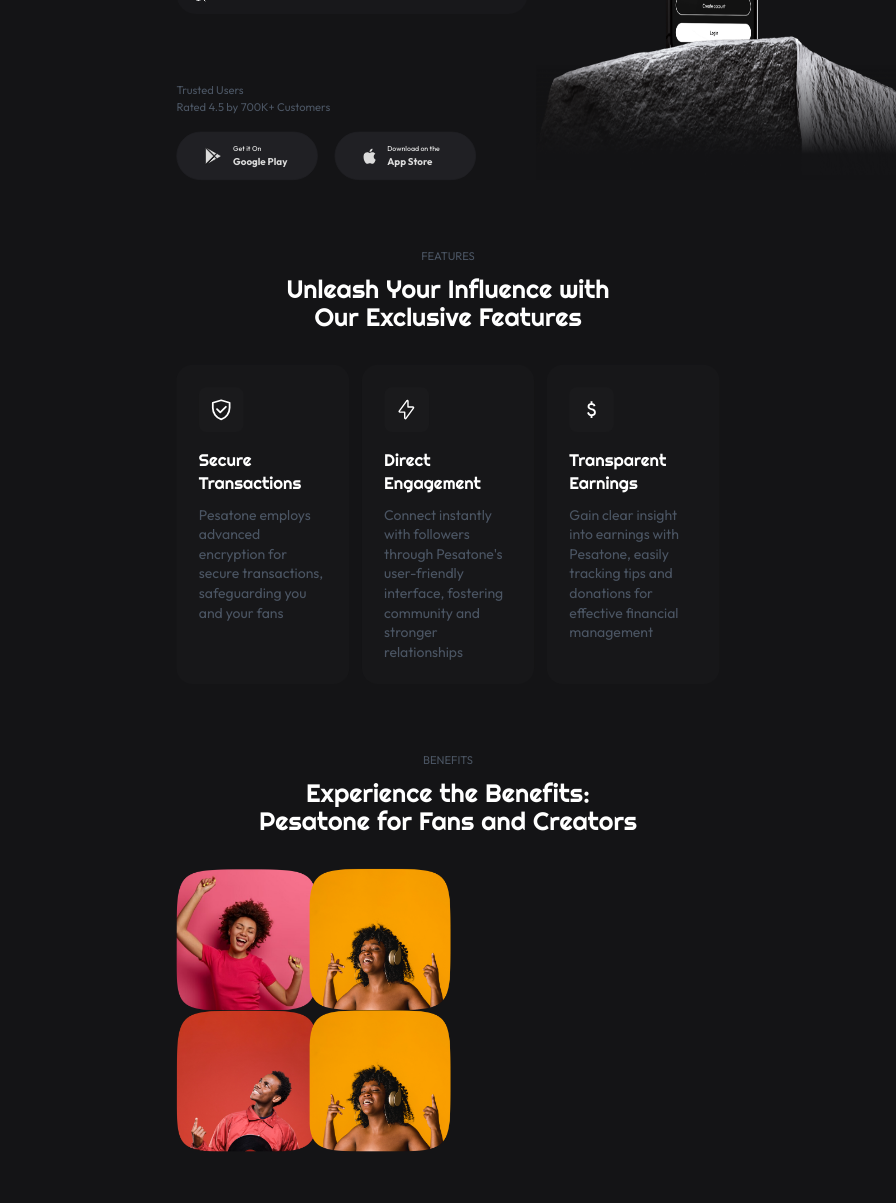
Repository: felixdusengimana/capstone-project-mirror
Page: / (app in frontend/)
An editor plug-in stored every save of this project. The page is shown before and after the next save, followed by the edit.
The browser window is 1280 px wide. The pictures show the part of the page from y = 683 to 2603 px (the page is 2401 px tall before and 2603 px after), at 70% of full size.
The project was rebuilt for these pictures with package versions that can differ from the ones it lists, and the page was loaded fresh each time. The framework's server and built-in components were replaced by stand-ins that run in the browser. Also part of the build but not shown: frontend/next.config.mjs.

Above is the page before, as saved 2024-03-11 15:12:28.

### frontend/app/layout.tsx
import type { Metadata } from "next";
import { Righteous, Outfit } from "next/font/google";
import "./globals.css";

const outfit = Outfit({ subsets: ["latin"], variable: "--font-outfit" });
const righteous = Righteous({
  subsets: ["latin"],
  variable: "--font-righteous",
  weight: "400",
});

export const metadata: Metadata = {
  title: "Pesatone - Search and gift your favorite creators",
  description:
    "A place where fans show gratitude to the African content creators they love!",
};

export default function RootLayout({
  children,
}: Readonly<{
  children: React.ReactNode;
}>) {
  return (
    <html lang="en">
      <body className={`${outfit.variable} ${righteous.variable} font-sans`}>
        {children}
      </body>
    </html>
  );
}

### frontend/app/page.tsx
import Avatar from "@/components/atoms/Avatar";
import Headline from "@/components/atoms/Headline";
import Card from "@/components/molecules/Card";
import Intro from "@/components/organisms/Intro";
import Navbar from "@/components/organisms/Navbar";
import Image from "next/image";
import React from "react";

export default function page() {
  return (
    <div className="py-[73px]">
      <Navbar />
      <Intro />
      <section className="mt-24 page-padding">
        <div className="max-w-[503px] mx-auto text-center">
          <h5 className="uppercase text-gray-600 mb-4">features</h5>
          <Headline className="text-4xl text-center">
            Unleash Your Influence with Our Exclusive Features
          </Headline>
        </div>
        <div className="grid grid-cols-3 gap-[18px] mt-12">
          <Card title="Secure Transactions" icon="secure">
            Pesatone employs advanced encryption for secure transactions,
            safeguarding you and your fans
          </Card>
          <Card title="Direct Engagement" icon="fast">
            Connect instantly with followers through Pesatone&apos;s
            user-friendly interface, fostering community and stronger
            relationships
          </Card>
          <Card title="Transparent Earnings" icon="dollar">
            Gain clear insight into earnings with Pesatone, easily tracking tips
            and donations for effective financial management
          </Card>
        </div>
      </section>

      <section className="mt-24 page-padding">
        <div className="max-w-[543px] mx-auto text-center">
          <h5 className="uppercase text-gray-600 mb-4">BENEFITS</h5>
          <Headline className="text-4xl text-center">
            Experience the Benefits: Pesatone for Fans and Creators
          </Headline>
        </div>
        <div className="grid grid-cols-2 gap-[18px] mt-12">
          <div className="grid grid-cols-2 w-fit">
            <Avatar
              alt="Profile 1"
              src="/profiles/profile1.png"
              size="2xl"
              circle={false}
            />
            <Avatar
              alt="Profile 2"
              src={"/profiles/profile4.png"}
              size="2xl"
              circle={false}
            />
            <Avatar
              alt="Profile 3"
              src={"/profiles/profile3.png"}
              size="2xl"
              circle={false}
            />
            <Avatar
              alt="Profile 4"
              src={"/profiles/profile4.png"}
              size="2xl"
              circle={false}
            />
          </div>
          <div></div>
        </div>
      </section>
    </div>
  );
}

### frontend/app/globals.css
@tailwind base;
@tailwind components;
@tailwind utilities;

:root {
  --bg: #141416;
  --bg-hover: #232326;
  --secondary-color: #17171A;
  --foreground-rgb: 0, 0, 0;
  --background-start-rgb: 214, 219, 220;
  --background-end-rgb: 255, 255, 255;
}

@media (prefers-color-scheme: dark) {
  :root {
    --foreground-rgb: 255, 255, 255;
    --background-start-rgb: 0, 0, 0;
    --background-end-rgb: 0, 0, 0;
  }
}

body {
  background: var(--bg);
  color: rgb(var(--foreground-rgb));
}

@layer utilities {
  .text-balance {
    text-wrap: balance;
  }
}

.page-padding {
  padding: 0 252px;
}

### frontend/components/atoms/Avatar.tsx
/* eslint-disable @next/next/no-img-element */
import { ComponentProps } from "react";
import Icon from "./Icon";

interface AvatarProps extends ComponentProps<"div"> {
  src: string;
  alt?: string;
  size?: "sm" | "md" | "lg" | "xl" | "2xl";
  circle?: boolean;
  bordered?: boolean;
  fallBackText?: string;
}
export default function Avatar({ ...props }: AvatarProps) {
  const {
    src,
    alt,
    size = "sm",
    circle = true,
    fallBackText,
    bordered,
    ...rest
  } = props;

  const sizeClasses = {
    sm: "w-10 h-10",
    md: "w-12 h-12",
    lg: "w-16 h-16",
    xl: "w-[150px] h-[150px]",
    "2xl": "w-[202px] h-[202px]",
  };

  return (
    <div
      {...rest}
      className={`${src ? "bg-transparent" : "bg-gray-100"} ${
        circle ? "rounded-full" : "rounded"
      } ${bordered ? "border-2 border-white" : ""} ${sizeClasses[size]} ${
        rest.className
      } flex items-center justify-center overflow-hidden`}
    >
      {src ? (
        <img
          src={src}
          alt={alt}
          className={`w-full ${sizeClasses[size]} object-cover`}
        />
      ) : fallBackText ? (
        fallBackText
      ) : (
        <Icon name="user" />
      )}
    </div>
  );
}

### frontend/components/atoms/Headline.tsx
import { ComponentProps } from "react";

interface HeadlineProps extends ComponentProps<"h1"> {}

export default function Headline({ ...props }: HeadlineProps) {
  return (
    <div className={`font-mono text-white ${props.className}`}>
      {props.children}
    </div>
  );
}

### frontend/components/molecules/Card.tsx
import { ComponentProps, ReactNode } from "react";
import Icon, { IconNames } from "../atoms/Icon";
import Headline from "../atoms/Headline";

interface CardProps extends ComponentProps<"div"> {
  icon?: IconNames;
  title: string;
}

export default function Card({ ...props }: CardProps) {
  const { icon, title, ...rest } = props;
  return (
    <div {...rest} className={`bg-[#171719] p-8 rounded-[23px]`}>
      {icon && (
        <div className="w-16 h-16 rounded-[11px] bg-[#1A1A1C] flex items-center justify-center">
          <Icon name={icon} />
        </div>
      )}
      <Headline className="text-2xl font-normal mt-6">{title}</Headline>
      <p className="text-gray-600 font-normal text-xl mt-4 max-w-[333px]">
        {props.children}
      </p>
    </div>
  );
}

### frontend/components/organisms/Intro.tsx
"use client";

import Headline from "@/components/atoms/Headline";
import Search from "@/components/molecules/Search";
import DownloadApp from "../molecules/DownloadApp";

export default function Intro() {
  return (
    <div className="grid grid-cols-2 pl-[252px]">
      <div className="mt-40">
        <Headline className="text-[64px] leading-[79.47px]">
          Search and gift your favorite creators
        </Headline>
        <p className="text-xl text-gray-600 max-w-[535px] mt-5">
          A place where fans show gratitude to the African content creators they
          love!
        </p>
        <Search className="max-w-[502px] mt-10" />

        <p className="text-gray-600 mt-24 text-base">
          Trusted Users <br />
          Rated 4.5 by 700K+ Customers
        </p>
        <div className="flex gap-6 mt-6">
          <DownloadApp os="android" />
          <DownloadApp os="ios" className="px-[42px]" />
        </div>
      </div>
      <div className="h-full w-full">
        {/* eslint-disable-next-line @next/next/no-img-element */}
        <img src="./home-bg.png" alt="" className="w-full h-full" />
      </div>
    </div>
  );
}

### frontend/components/organisms/Navbar.tsx
import Image from "next/image";
import Button from "../atoms/Button";
import Link from "next/link";

export default function Navbar() {
  return (
    <div className="page-padding flex justify-between items-center">
      <Link href={"/"} className="flex  items-center gap-2">
        <Image
          src="/logo-white.png"
          alt="PESATONElogo"
          width={40}
          height={40}
        />
        <p className="text-sm">ESATONE</p>
      </Link>
      <div className="flex items-center gap-6">
        <Link href={"/login"}>
          <Button variant="secondary" className="px-12">
            Login
          </Button>
        </Link>
        <Link href={"/join"}>
          <Button variant="white" className="font-semibold">
            Sign up free
          </Button>
        </Link>
      </div>
    </div>
  );
}

### frontend/components/atoms/Icon.tsx
import { ComponentProps } from "react";

// export icons names
export type IconNames =
  | "user"
  | "search"
  | "google-play"
  | "apple-store"
  | "secure"
  | "fast"
  | "dollar";
interface IconProps extends ComponentProps<"svg"> {
  name: IconNames;
}

function User({ ...props }) {
  return (
    <svg
      width="41"
      height="40"
      viewBox="0 0 41 40"
      fill="none"
      xmlns="http://www.w3.org/2000/svg"
      {...props}
    >
      <path
        d="M20.5 17.5C23.2614 17.5 25.5 15.2614 25.5 12.5C25.5 9.73858 23.2614 7.5 20.5 7.5C17.7386 7.5 15.5 9.73858 15.5 12.5C15.5 15.2614 17.7386 17.5 20.5 17.5Z"
        stroke="#4B5563"
        stroke-width="2.5"
        stroke-linecap="round"
        stroke-linejoin="round"
      />
      <path
        d="M33 34.1666C32.2083 18.6116 8.79167 18.6116 8 34.1666"
        stroke="#4B5563"
        stroke-width="2.5"
        stroke-linecap="round"
        stroke-linejoin="round"
      />
    </svg>
  );
}

function Search({ ...props }) {
  return (
    <svg
      width="25"
      height="24"
      viewBox="0 0 25 24"
      fill="none"
      xmlns="http://www.w3.org/2000/svg"
      {...props}
    >
      <path
        d="M12.25 21C17.4967 21 21.75 16.7467 21.75 11.5C21.75 6.25329 17.4967 2 12.25 2C7.00329 2 2.75 6.25329 2.75 11.5C2.75 16.7467 7.00329 21 12.25 21Z"
        stroke="white"
        stroke-width="1.5"
        stroke-linecap="round"
        stroke-linejoin="round"
      />
      <path
        d="M22.75 22L20.75 20"
        stroke="white"
        stroke-width="1.5"
        stroke-linecap="round"
        stroke-linejoin="round"
      />
    </svg>
  );
}

function GooglePlay({ ...props }) {
  return (
    <svg
      width="24"
      height="26"
      viewBox="0 0 24 26"
      fill="none"
      xmlns="http://www.w3.org/2000/svg"
      {...props}
    >
      <path
        d="M0.5 1.8021C0.5 1.51614 0.542639 1.28558 0.609847 1.10408L12.3649 12.8601L0.609492 24.6155C0.542481 24.4343 0.5 24.2041 0.5 23.9181V1.8021Z"
        fill="#DBDBDB"
        stroke="#141416"
      />
      <path
        d="M21.7947 13.8705L17.1402 16.5151L13.4871 12.8602L17.1401 9.20711L21.795 11.8518C22.4025 12.1971 22.5898 12.5815 22.5898 12.8607C22.5898 13.14 22.4024 13.5247 21.7947 13.8705Z"
        fill="#DBDBDB"
        stroke="#141416"
      />
      <path
        d="M12.9249 13.5672L1.28237 25.2107C1.53963 25.2489 1.87564 25.1875 2.29386 24.9504L12.9249 13.5672ZM12.9249 13.5672L16.3313 16.9736L2.29424 24.9502L12.9249 13.5672Z"
        fill="#DBDBDB"
        stroke="#141416"
      />
      <path
        d="M2.29386 0.770789L2.29389 0.770804L16.3314 8.74667L12.9258 12.1539L1.28212 0.510202C1.53951 0.471751 1.87563 0.533127 2.29386 0.770789Z"
        fill="#DBDBDB"
        stroke="#141416"
      />
    </svg>
  );
}

function AppleStore({ ...props }) {
  return (
    <svg
      width="18"
      height="22"
      viewBox="0 0 18 22"
      fill="none"
      xmlns="http://www.w3.org/2000/svg"
      {...props}
    >
      <path
        d="M14.8872 11.6924C14.9088 10.0114 15.8116 8.42082 17.2437 7.54036C16.3402 6.25004 14.827 5.43194 13.2526 5.38268C11.5733 5.20642 9.94537 6.38751 9.08966 6.38751C8.21739 6.38751 6.89989 5.40018 5.48116 5.42937C3.6319 5.48911 1.90794 6.5405 1.00824 8.15724C-0.925764 11.5057 0.516826 16.4267 2.36944 19.1333C3.29634 20.4587 4.37962 21.9391 5.79707 21.8866C7.18413 21.8291 7.70217 21.0021 9.37647 21.0021C11.0352 21.0021 11.5213 21.8866 12.9675 21.8532C14.4558 21.8291 15.3936 20.522 16.288 19.1841C16.954 18.2397 17.4664 17.196 17.8064 16.0916C16.0573 15.3518 14.8892 13.5916 14.8872 11.6924Z"
        fill="#DBDBDB"
      />
      <path
        d="M12.1555 3.60268C12.967 2.62847 13.3668 1.37629 13.27 0.112061C12.0302 0.242281 10.8849 0.83484 10.0624 1.77167C9.25815 2.687 8.83959 3.91715 8.91872 5.13306C10.159 5.14583 11.3783 4.56933 12.1555 3.60268Z"
        fill="#DBDBDB"
      />
    </svg>
  );
}

function Secure({ ...props }) {
  return (
    <svg
      width="32"
      height="32"
      viewBox="0 0 32 32"
      fill="none"
      xmlns="http://www.w3.org/2000/svg"
    >
      <path
        d="M4 6.17063L16.006 2.66663L28 6.17063V13.356C27.9999 17.0384 26.8411 20.6275 24.6877 23.6147C22.5344 26.602 19.4956 28.8359 16.002 30C12.5073 28.836 9.46753 26.6018 7.3134 23.6139C5.15927 20.6261 4.00005 17.0361 4 13.3526V6.17063Z"
        stroke="white"
        stroke-width="2.5"
        stroke-linejoin="round"
      />
      <path
        d="M10 15.3333L14.6667 20L22.6667 12"
        stroke="white"
        stroke-width="2.5"
        stroke-linecap="round"
        stroke-linejoin="round"
      />
    </svg>
  );
}

function Fast({ ...props }) {
  return (
    <svg
      width="33"
      height="32"
      viewBox="0 0 33 32"
      fill="none"
      xmlns="http://www.w3.org/2000/svg"
    >
      <path
        d="M7.1665 19.6667H14.1665V28C14.1665 28.4331 14.4454 28.817 14.8573 28.951C15.2692 29.0849 15.7205 28.9385 15.9752 28.5882L26.6419 13.9215C26.8631 13.6173 26.895 13.2147 26.7243 12.8796C26.5536 12.5444 26.2093 12.3333 25.8332 12.3333H18.8332V4C18.8332 3.56686 18.5543 3.18296 18.1424 3.04902C17.7305 2.91507 17.2792 3.06153 17.0244 3.41183L6.35777 18.0785C6.13654 18.3827 6.10471 18.7853 6.27539 19.1204C6.44607 19.4556 6.79038 19.6667 7.1665 19.6667Z"
        stroke="white"
        stroke-width="2"
        stroke-linecap="round"
        stroke-linejoin="round"
      />
    </svg>
  );
}

function Dollar({ ...props }) {
  return (
    <svg
      width="32"
      height="32"
      viewBox="0 0 32 32"
      fill="none"
      xmlns="http://www.w3.org/2000/svg"
    >
      <path
        d="M14.6999 28V25.1333C13.5222 24.8667 12.5057 24.3556 11.6506 23.6C10.7955 22.8444 10.1675 21.7778 9.7666 20.4L12.2333 19.4C12.5666 20.4667 13.0613 21.2778 13.7173 21.8333C14.3733 22.3889 15.2342 22.6667 16.2999 22.6667C17.211 22.6667 17.9835 22.4613 18.6173 22.0507C19.251 21.64 19.5675 21.0009 19.5666 20.1333C19.5666 19.3556 19.3222 18.7391 18.8333 18.284C18.3444 17.8289 17.211 17.312 15.4333 16.7333C13.5222 16.1333 12.211 15.4169 11.4999 14.584C10.7888 13.7511 10.4333 12.7342 10.4333 11.5333C10.4333 10.0889 10.8999 8.96667 11.8333 8.16667C12.7666 7.36667 13.7222 6.91111 14.6999 6.8V4H17.3666V6.8C18.4777 6.97778 19.3946 7.38356 20.1173 8.01733C20.8399 8.65111 21.3675 9.42311 21.6999 10.3333L19.2333 11.4C18.9666 10.6889 18.5888 10.1556 18.0999 9.8C17.611 9.44444 16.9444 9.26667 16.0999 9.26667C15.1222 9.26667 14.3777 9.48356 13.8666 9.91733C13.3555 10.3511 13.0999 10.8898 13.0999 11.5333C13.0999 12.2667 13.4333 12.8444 14.0999 13.2667C14.7666 13.6889 15.9222 14.1333 17.5666 14.6C19.0999 15.0444 20.2613 15.7502 21.0506 16.7173C21.8399 17.6844 22.2342 18.8009 22.2333 20.0667C22.2333 21.6444 21.7666 22.8444 20.8333 23.6667C19.8999 24.4889 18.7444 25 17.3666 25.2V28H14.6999Z"
        fill="white"
      />
    </svg>
  );
}

export default function Icon({ name, ...props }: IconProps) {
  switch (name) {
    case "user":
      return <User {...props} />;
    case "search":
      return <Search {...props} />;
    case "google-play":
      return <GooglePlay {...props} />;
    case "apple-store":
      return <AppleStore {...props} />;
    case "secure":
      return <Secure {...props} />;
    case "fast":
      return <Fast {...props} />;
    case "dollar":
      return <Dollar {...props} />;
    default:
      return null;
  }
}

### frontend/components/molecules/Search.tsx
"use client";
import { ComponentProps, useEffect, useState } from "react";
import Icon from "../atoms/Icon";

interface SearchProps extends ComponentProps<"div"> {
  placeholder?: string;
  onSearch?: (query: string) => void;
  onClear?: () => void;
}
export default function Search({
  placeholder = "Search for creators",
  onSearch,
  onClear,
  ...props
}: SearchProps) {
  const [query, setQuery] = useState("");

  // return value after 300ms
  useEffect(
    () => {
      const timer = setTimeout(() => {
        onSearch?.(query);
      }, 300);
      return () => clearTimeout(timer);
    },
    // eslint-disable-next-line react-hooks/exhaustive-deps
    [query]
  );

  return (
    <div
      {...props}
      className={`flex bg-[#2C2C3033] px-5 py-4 gap-4 rounded-full ${props.className}`}
    >
      <Icon name="search" onClick={() => onSearch?.(query)} />
      <input
        type="text"
        placeholder={placeholder}
        className="w-full text-white bg-transparent outline-none"
        onChange={(e) => setQuery(e.target.value)}
      />
    </div>
  );
}

### frontend/components/molecules/DownloadApp.tsx
import { ComponentProps } from "react";
import Icon from "../atoms/Icon";

interface DownloadAppProps extends ComponentProps<"div"> {
  os: "android" | "ios";
}

export default function DownloadApp({ os, ...props }: DownloadAppProps) {
  return (
    <div
      {...props}
      className={`flex items-center gap-4 px-10 py-4 border border-[#202024] bg-[#202024] rounded-full cursor-pointer min-w-[202.09px]`}
    >
      <Icon name={os == "android" ? "google-play" : "apple-store"} />
      <div>
        <p className="text-[#DBDBDB] font-medium text-[10px]">
          {os == "android" ? "Get it On" : "Download on the"}
        </p>
        <h3 className="text-[#DBDBDB] font-bold text-sm">
          {os == "android" ? "Google Play" : "App Store"}
        </h3>
      </div>
    </div>
  );
}

### frontend/components/atoms/Button.tsx
import { ComponentProps } from "react";

interface ButtonProps extends ComponentProps<"button"> {
  variant?: "dark" | "white" | "blurred" | "secondary";
  size?: "sm" | "md" | "lg";
  bordered?: boolean;
}

export default function Button({ ...props }: ButtonProps) {
  const { variant = "dark", size = "md", bordered = false } = props;

  const variantClasses = {
    dark: "bg-black text-white",
    white: "bg-white text-black",
    secondary: "bg-secondary text-white",
    blurred: "bg-blurred text-white",
  };

  const sizeClasses = {
    sm: "px-2 py-1",
    md: "px-8 py-4",
    lg: "px-6 py-3",
  };

  const borderClasses = bordered ? "border border-black" : "";

  return (
    <button
      {...props}
      className={`text-xl font-normal rounded-full ${variantClasses[variant]} ${sizeClasses[size]} ${borderClasses} ${props.className}`}
    >
      {props.children}
    </button>
  );
}

### frontend/tailwind.config.ts
import type { Config } from "tailwindcss";

const config: Config = {
  content: [
    "./pages/**/*.{js,ts,jsx,tsx,mdx}",
    "./components/**/*.{js,ts,jsx,tsx,mdx}",
    "./app/**/*.{js,ts,jsx,tsx,mdx}",
  ],
  theme: {
    extend: {
      // backgroundImage: {
      //   "gradient-radial": "radial-gradient(var(--tw-gradient-stops))",
      //   "gradient-conic":
      //     "conic-gradient(from 180deg at 50% 50%, var(--tw-gradient-stops))",
      // },
      fontFamily: {
        sans: ["var(--font-outfit)"],
        mono: ["var(--font-righteous)"],
      },
      colors: {
        secondary: "var(--secondary-color)",
      },
    },
  },
  plugins: [],
};
export default config;

After the next save:
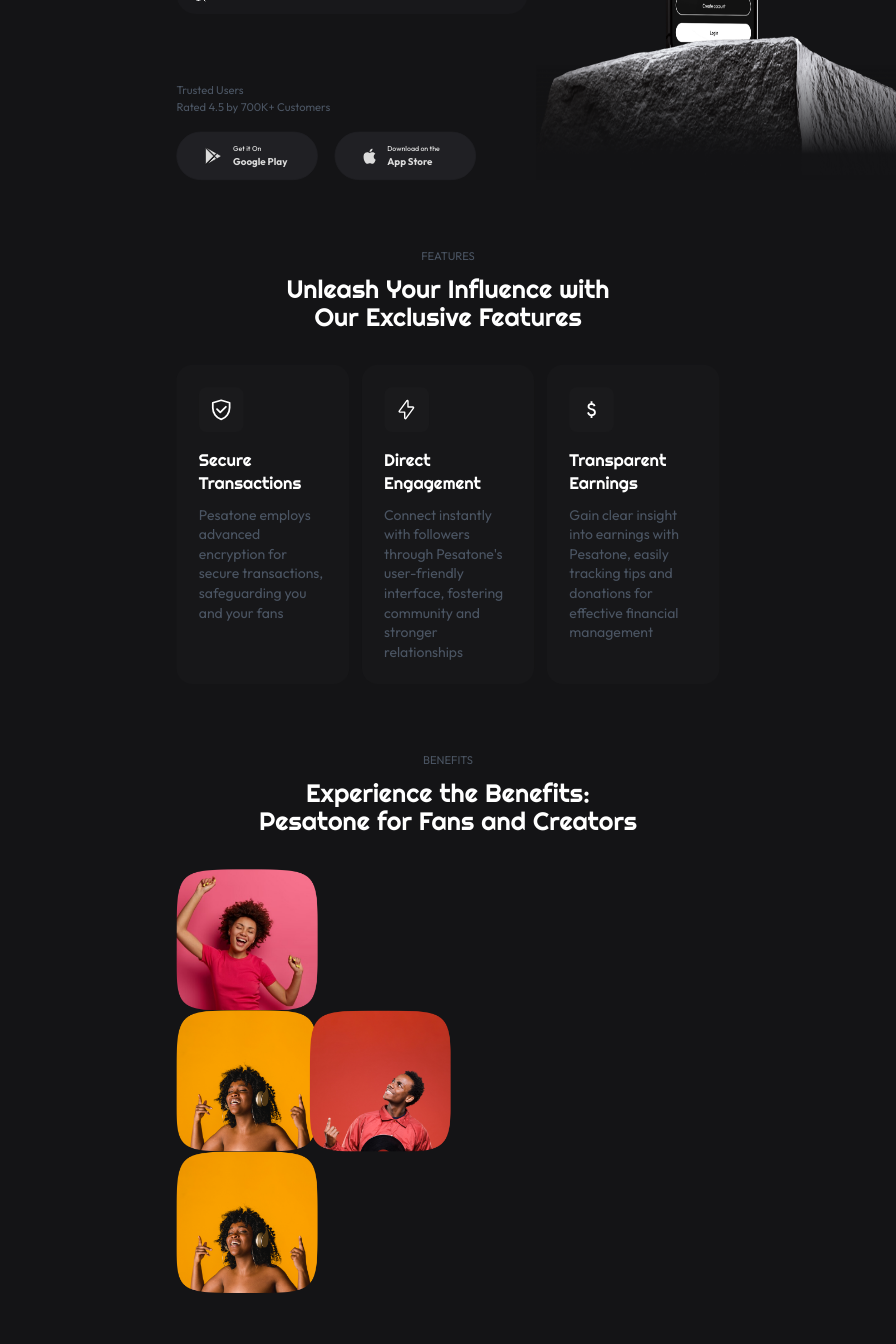
Saved 44 s later.
--- a/frontend/app/page.tsx
+++ b/frontend/app/page.tsx
@@ -49,6 +49,7 @@ export default function page() {
               src="/profiles/profile1.png"
               size="2xl"
               circle={false}
+              className="col-span-2"
             />
             <Avatar
               alt="Profile 2"

After the save that followed:
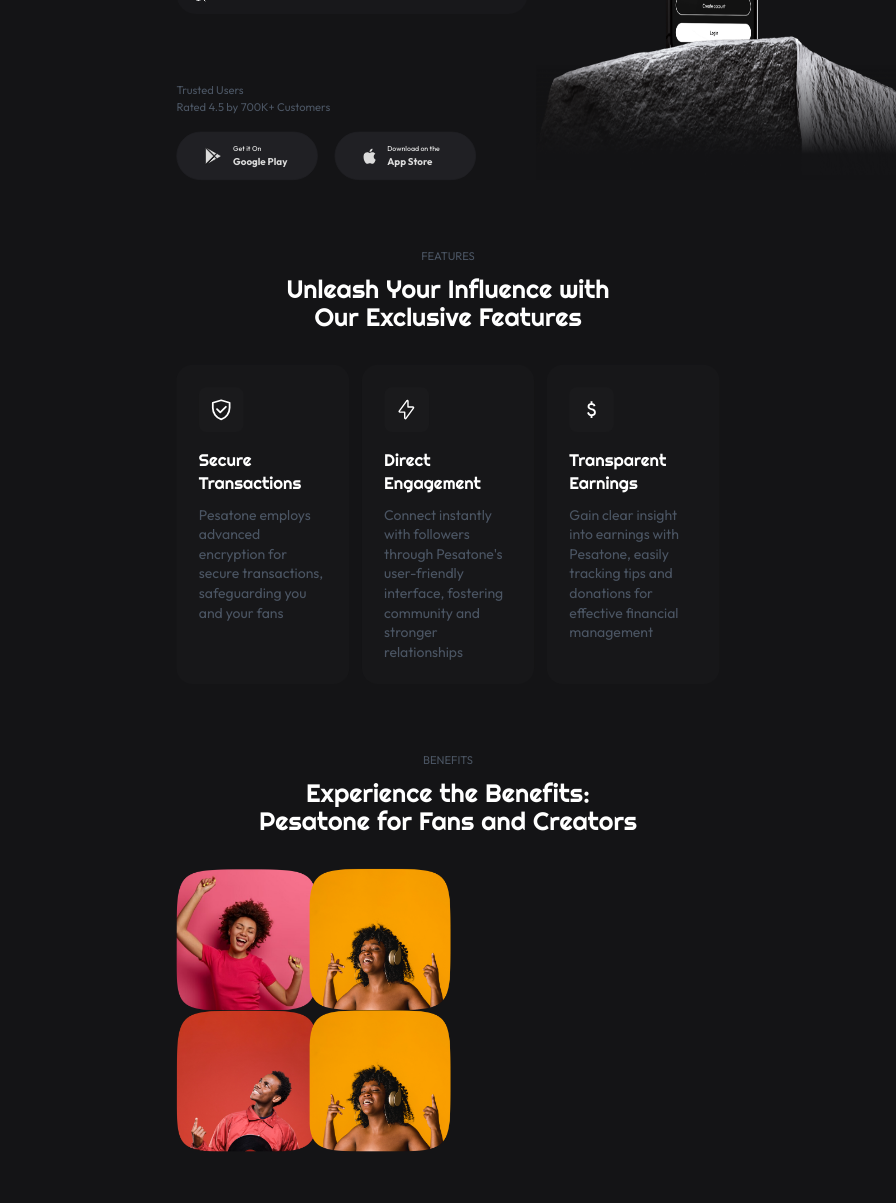
Saved 11 s later.
--- a/frontend/app/page.tsx
+++ b/frontend/app/page.tsx
@@ -49,7 +49,6 @@ export default function page() {
               src="/profiles/profile1.png"
               size="2xl"
               circle={false}
-              className="col-span-2"
             />
             <Avatar
               alt="Profile 2"
